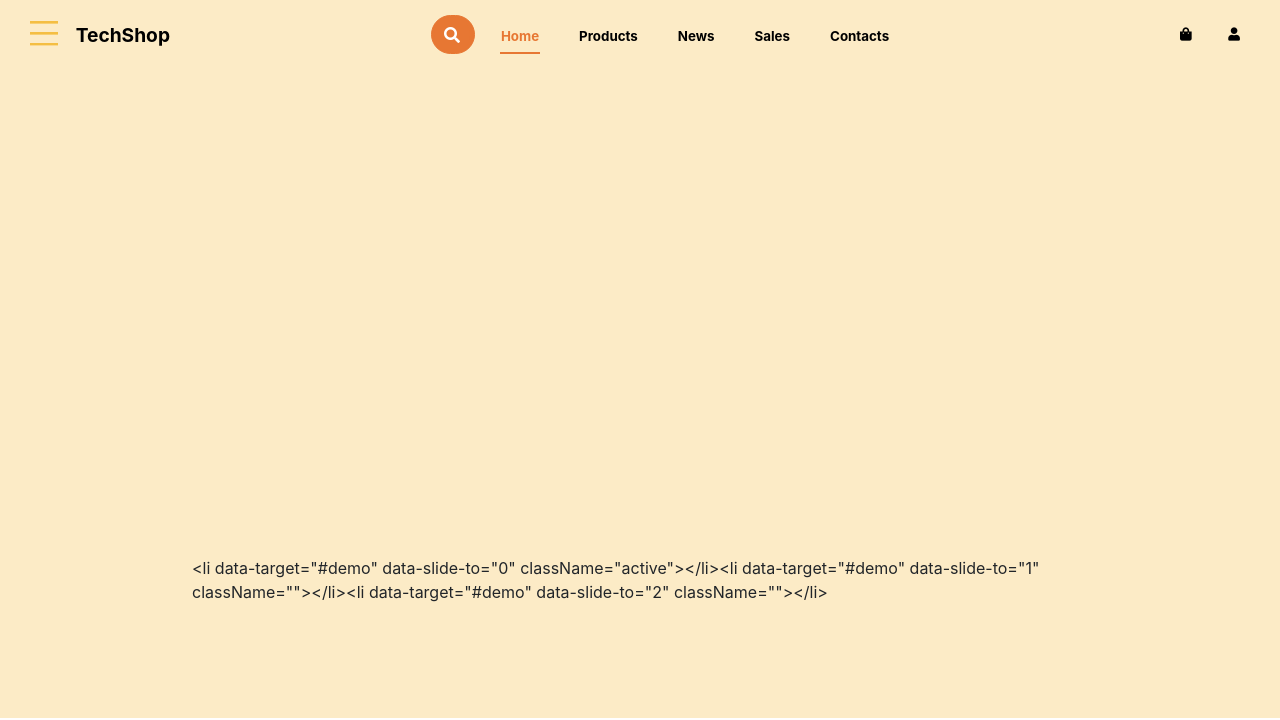
Repository: dinhngocup/TechShop
Page: /home
The author's editor kept a copy of each file at every save. The page is drawn from the files as they stood at one save, then again after the next save.
The browser window is 1280 px wide. The pictures show the whole page.
Some web libraries are served in a nearby version. The project was rebuilt for these pictures with package versions that can differ from the ones it lists, and the page was loaded fresh each time. Also part of the build but not shown: src/App.css, src/components/news.jsx.

Above is the page before, as saved 2021-03-18 00:32:20.

### public/index.html
<!doctype html>
<html lang="en">
  <head>
    <title>Title</title>
    <!-- Required meta tags -->
    <meta charset="utf-8">
    <meta name="viewport" content="width=device-width, initial-scale=1, shrink-to-fit=no">

    <!-- Bootstrap CSS -->
    <link rel="stylesheet" href="https://stackpath.bootstrapcdn.com/bootstrap/4.3.1/css/bootstrap.min.css" integrity="sha384-ggOyR0iXCbMQv3Xipma34MD+dH/1fQ784/j6cY/iJTQUOhcWr7x9JvoRxT2MZw1T" crossorigin="anonymous">

    <!-- Font awesome-->
    <link rel="stylesheet" href="https://maxcdn.bootstrapcdn.com/font-awesome/4.7.0/css/font-awesome.min.css">
    <link rel="stylesheet" href="https://cdnjs.cloudflare.com/ajax/libs/font-awesome/5.13.0/css/all.min.css">
  </head>
  <body>
    <div id="root"></div>
    <!-- Optional JavaScript -->
    <!-- jQuery first, then Popper.js, then Bootstrap JS -->
    <script src="https://code.jquery.com/jquery-3.3.1.slim.min.js" integrity="sha384-q8i/X+965DzO0rT7abK41JStQIAqVgRVzpbzo5smXKp4YfRvH+8abtTE1Pi6jizo" crossorigin="anonymous"></script>
    <script src="https://cdnjs.cloudflare.com/ajax/libs/popper.js/1.14.7/umd/popper.min.js" integrity="sha384-UO2eT0CpHqdSJQ6hJty5KVphtPhzWj9WO1clHTMGa3JDZwrnQq4sF86dIHNDz0W1" crossorigin="anonymous"></script>
    <script src="https://stackpath.bootstrapcdn.com/bootstrap/4.3.1/js/bootstrap.min.js" integrity="sha384-JjSmVgyd0p3pXB1rRibZUAYoIIy6OrQ6VrjIEaFf/nJGzIxFDsf4x0xIM+B07jRM" crossorigin="anonymous"></script>
  </body>
</html>

### src/App.js
import Header from "./components/Header/header";
import "./App.css";
import "./_app.scss";
import News from "./components/news";
import Home from "./components/Home/home";
import { BrowserRouter as Router, Switch, Route } from "react-router-dom";
function App() {
  return (
    <div className="wrapper">
      <div className="main-content">
        <Router>
          <Header />
          <Switch>
            <Route path="/home" component={Home} />
            <Route path="/shopping-cart" />
            <Route path="/user-info" />
            <Route path="/products" />
            <Route path="/news" component={News} />
            <Route path="/sales" />
            <Route path="/contacts" />
          </Switch>
        </Router>
      </div>
    </div>
  );
}

export default App;

### src/components/Header/header.jsx
import React from 'react';
import './_header.scss'
import Menu from './Menu/menu'
import Nav from './Nav/nav'
import Info from './Info/info'

function Header() {
    return (
        <div className='header d-flex sticky-top'>
            <Menu />
            <Nav />
            <Info />
        </div>
    );
}

export default Header;

### src/_app.scss
.wrapper  {
    background-color: rgb(252,235,198);
    display: flex;
    justify-content: center;

}


@media (max-width: 1440px) {
    .main-content {
        width: 100%;
    }
}

@media (min-width: 1441px) {
    .main-content {
        width: 80%;
    }
}
@media (min-width: 1600px) {
    .main-content {
        width: 60%;
    }
}

@media (min-width: 2400px) {
    .main-content {
        width: 50%;
    }
}

### src/components/Home/home.jsx
import React from 'react'
import Banner from './Banner/banner'
import './_home.scss'
function Home() {
    return (
        <div className="body-content">
            <Banner />

        </div>
    )
}



export default Home

### src/components/Header/_header.scss
.header {
   height: 70px;
   background-color: rgb(252,235,198);
   flex-direction: row;
   align-items: center;
   justify-content: space-between;
   padding: 0px 30px;
   width: 100%;
}

### src/components/Header/Menu/menu.jsx
import React, { useState, useEffect } from "react";
import "./_menu.scss";
import { Link } from "react-router-dom";
import MenuItem from "./menu-item";

function Menu() {
  const [isHiddingMenu, setIsHiddingMenu] = useState(false);
  const [nav, setNav] = useState("");
  const [li, setLi] = useState("");

  //const [menuItems, setMenuItems] = useState("");

  const placeLiElement = (li, nav) => {
    let boundary_y = li[0].getBoundingClientRect().top;
    li.forEach((el, i) => {
      let top =
        el.getBoundingClientRect().top +
        el.getAttribute("data-group") * -11 -
        boundary_y;
      el.style.setProperty("--top", top);
      el.style.setProperty("--delay-close", `${i * 0.1}s`);
      el.style.setProperty("--delay-open", `${(li.length - i) * 0.1}s`);
    });
    nav.classList.toggle("nav-closed");

  }


  //get nav & li position
  useEffect(() => {
    let navElement = document.getElementById("hidden-menu");
    let liElement = navElement.querySelectorAll("li");
    let group_size = Math.ceil(liElement.length / 3);
    let group_index = 0;
    setNav(navElement);
    setLi(liElement);
    liElement.forEach((e, i) => {
      e.setAttribute("data-group", group_index);
      group_index =
        i % group_size === group_size - 1 ? group_index + 1 : group_index;
    });

    setIsHiddingMenu(true);
    placeLiElement(liElement, navElement);
    //console.log('1', isHiddingMenu);

  }, []);

  const showMenu = (isHiddingMenu) => {
    const menuItemsFromDB = [
      {
        label: "Home",
        to: "/home",
        activeOnlyWhenExact: false,
      },
      {
        label: "Contacts",
        to: "/contacts",
        activeOnlyWhenExact: false,
      },
      {
        label: "News",
        to: "/news",
        activeOnlyWhenExact: false,
      },
      {
        label: "Products",
        to: "/products",
        activeOnlyWhenExact: false,
      },
      {
        label: "Sales",
        to: "/sales",
        activeOnlyWhenExact: false,
      },
    ];

    let res = null;
    if (menuItemsFromDB.length > 0)
      res = menuItemsFromDB.map((item, index) => {
        let data = {
          label: item.label,
          to: item.to,
          activeOnlyWhenExact: item.activeOnlyWhenExact,
        };

        return (
          <li key={index}>
            <MenuItem data={data}
            isHiddingMenu={isHiddingMenu}
            handleHideMenu={HandleHiddenMenu}/>
          </li>
        );
      });
    return res;
  };

  const HandleHiddenMenu = (e) => {
    setIsHiddingMenu(!isHiddingMenu);
    //console.log('2', isHiddingMenu);



    // if declare e.preventDef and e.stopPropa, direct to new page is prevented
    //e.preventDefault();

    placeLiElement(li, nav);

    //e.stopPropagation();
  };
  return (

    <div className="fluid-container menu">
      <div className="row">
        <div className="col hidden-menu-container">
          <ul className="hidden-menu" id="hidden-menu">
            {showMenu(isHiddingMenu)}

            <button className="nav-toggle" onClick={HandleHiddenMenu}>
              X
            </button>
          </ul>
        </div>
        <div className="col">
          <Link className="shop-name" to="/home">
            TechShop
          </Link>
        </div>
      </div>
    </div>
  );
}

export default Menu;

### src/components/Header/Nav/nav.jsx
import React from "react";
import './_nav.scss'
import {
  NavLink,
} from "react-router-dom";
import Search from './search'
function Nav(props) {
    return (

        <div className='nav-bar d-flex'>
            <Search />
            <nav className='nav'>
                <ul>
                    <li>
                        <NavLink
                            activeClassName='active'
                            to="/home"
                            exact>
                            Home
                        </NavLink>
                    </li>
                    <li>
                        <NavLink
                            activeClassName='active'
                            to="/products">
                            Products
                        </NavLink>
                    </li>
                    <li>
                        <NavLink
                            activeClassName='active'
                            to="/news">
                            News
                        </NavLink>
                    </li>
                    <li>
                        <NavLink
                            activeClassName='active'
                            to="/sales">
                            Sales
                        </NavLink>
                    </li>
                    <li>
                        <NavLink
                            activeClassName='active'
                            to="/contacts">
                            Contacts
                        </NavLink>
                    </li>
                </ul>
            </nav>


        </div>
    );
}

export default Nav;

### src/components/Header/Info/info.jsx
import React from "react";
import "./_info.scss";
import {
  NavLink,
} from "react-router-dom";

function Info() {
    return (
        <div className="info-group d-flex">
            <NavLink
                activeClassName='active'
                to="/shopping-cart">
                <i className="fa fa-shopping-bag"></i>
            </NavLink>
            <NavLink
                activeClassName='active'
                to="/user-info">
                <i className="fa fa-user"></i>
            </NavLink>
        </div>
    );
}

export default Info;

### src/components/Home/Banner/banner.jsx
import React, { useState, useEffect } from "react";
import "./_banner.scss";
import image from "../../../assets/images/pic1.jpg";

function Banner() {
  const [bannerImages, setBannerImages] = useState("");

  //get banner images from DB
  useEffect(() => {
    // call api

    // temp data
    let images = [
      {
        src: { image },
        alt: "Apple Watch",
      },
      {
        src: { image },
        alt: "Apple Watch",
      },
      {
        src: { image },
        alt: "Apple Watch",
      },
    ];
    setBannerImages(images);
  }, []);

  const showCarouselIndicators = (length) => {
    let result = "";
    for (let i = 0; i < length; i++) {
      result += `<li data-target="#demo" data-slide-to="${i}" className="${
        i === 0 ? "active" : ""
      }"></li>`;
    }
    return result;
  };

  const showCarouselItems = (items) => {
    let result = "";
    if (items.length === 0) return result;

    result = items.map((items, index) => {
      return (
        <div
          className={`carousel-item ${index === 0 ? "active" : ""}`}
          key={index}
        >
          <img src={items.src} alt={items.alt} />
        </div>
      );
    });

    return result;
  };

  return (
    <div id="demo" className="banner carousel slide" data-ride="carousel">
      <ul className="carousel-indicators">
        {/* <li data-target="#demo" data-slide-to="0" className="active"></li>
        <li data-target="#demo" data-slide-to="1"></li>
        <li data-target="#demo" data-slide-to="2"></li> */}
        {showCarouselIndicators(bannerImages.length)}
      </ul>
      <div className="carousel-inner">
        {/* <div className="carousel-item active">
          <img src={image} alt="Los Angeles" />
        </div>
        <div className="carousel-item">
          <img src={image} alt="Los Angeles" />
        </div>
        <div className="carousel-item">
          <img src={image} alt="Los Angeles" />
        </div> */}
      </div>
    </div>
  );
}

export default Banner;

### src/components/Home/_home.scss
.body-content {
    width: 100%;
    background-color: rgb(252,235,198);
    height: 90vh;
}

### src/components/Header/Menu/_menu.scss
@import '../Shared.scss';
.menu {
    width: 140px;
    .shop-name {
        font-weight: bold;
        font-size: larger;
        color: black;
        text-decoration: none;
    }

    .hidden-menu-container {
        display: relative;
        z-index: 999;
        .hidden-menu {
            display: inline-block;
            list-style-type: none;

            position: absolute;
            top:0;
            list-style-type: none;
            padding: 0;
            margin: 0;
            width: 200px;
            li {
                overflow: visible;
                height: 60px;
                width: 100%;
                background-color: rgb(244, 190, 67);

                transform-origin: 0 0;
                transition: transform 0.6s ease;
                transition-delay: var(--delay-open);
                padding: 20px 40px;
                align-items: center;
                a {
                    text-align: center;
                    color: rgba(255, 255, 255, 0.6);
                    font-size: 16px;
                    &:hover {
                        text-decoration: none;
                        color: white !important;
                        box-shadow: 10px 0px 40px -5px #fff;
                    }
                    &.active {
                        color: white;
                        font-weight: 700;
                    }

                }
            }
            .nav-toggle {
                position: absolute;
                top: 0;
                width: 50px;
                height: 50px;
                /* opacity: 0; */
                cursor: pointer;
                transform-origin: 0 0;
                outline: none;
                margin-left: 10px;
                right: 0;
                transition: right 1s ease, opacity 1s ease;
                opacity: 1;
                background-color: rgb(244, 190, 67);
                border: none;
                color:rgba(255, 255, 255, 0.6);
            }

            .nav-toggle:hover {
                border-radius: 50%;
                background-color: rgba(244, 190, 67, 0.1);
                color: white

            }
        }

        .nav-closed a {
            color: rgb(244, 190, 67);
        }

        .nav-closed li {
            transform: translateY(calc(var(--top) * -1px)) scaleY(0.04) scaleX(0.14);
            transition-delay: var(--delay-close);
            color: rgb(244, 190, 67);
        }

        .nav-closed .nav-toggle {
            right: calc(100% - 50px);
            opacity: 0;
        }
    }
}

### src/components/Header/Menu/menu-item.jsx
import React from 'react'
import PropTypes from 'prop-types'
import { Route, NavLink } from "react-router-dom";

MenuItem.propTypes = {
    data: PropTypes.object.isRequired,
    isHiddingMenu: PropTypes.bool.isRequired,
    handleHideMenu: PropTypes.func,
}

function MenuItem(props) {
    const {data, isHiddingMenu, handleHideMenu} = props;
    //console.log('3',isHiddingMenu)


    return (
        <Route
          path={data.to}
          exact={data.activeOnlyWhenExact}
          children={() => {
            if (isHiddingMenu) return <span>{data.label}</span>;
            return (
              <NavLink
                activeClassName="active"
                to={data.to}
                exact={data.activeOnlyWhenExact}
                onClick={handleHideMenu}
              >
                {data.label}
              </NavLink>
            );
          }}
        />
      );
}


export default MenuItem

### src/components/Header/Nav/_nav.scss
.nav-bar {
    align-items: center;
    .nav {
        ul {
            padding: 0;
            margin: 0;
            li {
                display: inline;
                padding: 20px;
                font-size: smaller;
                font-weight: bold;
                position: relative;
                a {
                    color: black;
                    transition: 0.8s;
                    &:after {
                        transition: 0.8s;
                        position: absolute;
                        content: "";
                        background-color: #E77733;

                        height: 2px;
                        width: 0%;

                        bottom: 10px;
                        left:0;
                        right: 0;

                        margin: 0 auto;
                    }
                    &:hover {
                        text-decoration: none;
                        color: #E77733;
                        &:after {
                            width: 50%;
                        }
                    }
                }
                .active {
                    color: #E77733;
                    &:after {
                        position: absolute;
                        content: "";
                        background-color: #E77733;

                        height: 2px;
                        width: 50%;

                        bottom: 10px;
                        left:0;
                        right: 0;

                        margin: 0 auto;
                    }
                }


            }
        }

    }
}

### src/components/Header/Nav/search.jsx
import React from 'react'
import './_search.scss'


function Search(props) {
    return (
        <form  className='search-form'>
            <input type="search" />
            <i className="fa fa-search"></i>
        </form>
    )
}



export default Search

### src/components/Header/Info/_info.scss

@import '../Shared.scss';

.info-group {
    font-size: smaller;
    justify-content: space-between;
    align-items: center;
    width: 80px;
    a {
        color: black;
        i {
            padding: 10px;
            border-radius: 50%;
            &:hover {
                box-shadow: 10px 0px 40px -5px #E77733, inset 0px 0px 40px 0px white;
            }
        }
        &.active {
            i {
                @include inset-shadow-active;
            }
        }

    }
}

### src/components/Home/Banner/_banner.scss
.banner {
    width: 100%;
    height: 550px;
    flex-direction: column;
    border-radius: 0 0 10px 10px;
    display: flex;
    .carousel-item {
        height: 100%;
        img {
            height: 100%;
            width: 100%;
            object-fit: cover;
        }
    }
}

### src/components/Header/Shared.scss
@mixin inset-shadow {
    padding: 10px;
    border-radius: 50%;
    box-shadow: inset 0px 0px 10px 0px white;
    &:hover {
        box-shadow: 10px 0px 40px -5px #E77733, inset 0px 0px 40px 0px white;
    }

}

@mixin inset-shadow-active {
    transition: 0.8s;
    box-shadow: 0 0 0px 2px #E77733, inset 0px 0px 40px 0px white;


}

### src/components/Header/Nav/_search.scss
.search-form {
    z-index: 999;
    display: inline;
    position: relative;

    width: 50px;
    height: 40px;

    input {
        padding-left: 40px;
        position: absolute;
        top: 0;
        left: 0;
        width: 40px;

        line-height: 35px;

        //     font-size: 1em;
        border-radius: 25px;
        border: solid 1px #E77733;
        transition: 0.8s;
        background-color: #E77733;
        pointer-events: none;
        &:focus {
            outline: none;
        }
    }
    &:hover {
        i {
            color: #E77733;
            background-color: white;
        }
        input {
            pointer-events: visible;
            width: 470px;
            background-color: white;
        }
    }
    i {
        box-sizing: border-box;

        position: absolute;
        top: 2px;
        left: 3px;
        border-radius: 50%;
        padding: 10px;
        background-color: #E77733;
        color: white
    }
}

// form:hover{
//     width: 200px;
//     cursor: pointer;
// }

// form:hover input{
//     display: block;
// }

// form:hover .fa{
//     background: #07051a;
//     color: white;
// }

Loaded but not shown: src/index.js (common file); src/index.css (common file); src/reportWebVitals.js (common file)

After the next save:
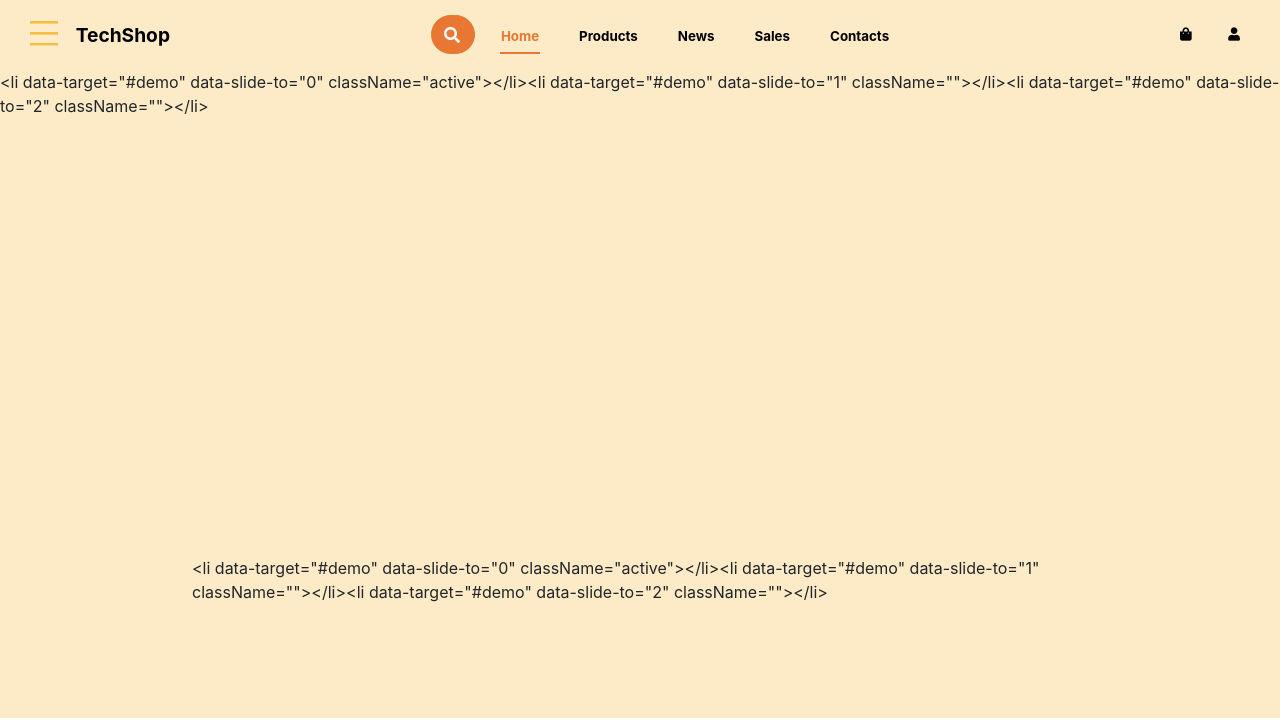
Saved 5 s later.
--- a/src/components/Home/Banner/banner.jsx
+++ b/src/components/Home/Banner/banner.jsx
@@ -73,6 +73,7 @@
         <div className="carousel-item">
           <img src={image} alt="Los Angeles" />
         </div> */}
+        {showCarouselIndicators(bannerImages.length)}
       </div>
     </div>
   );
